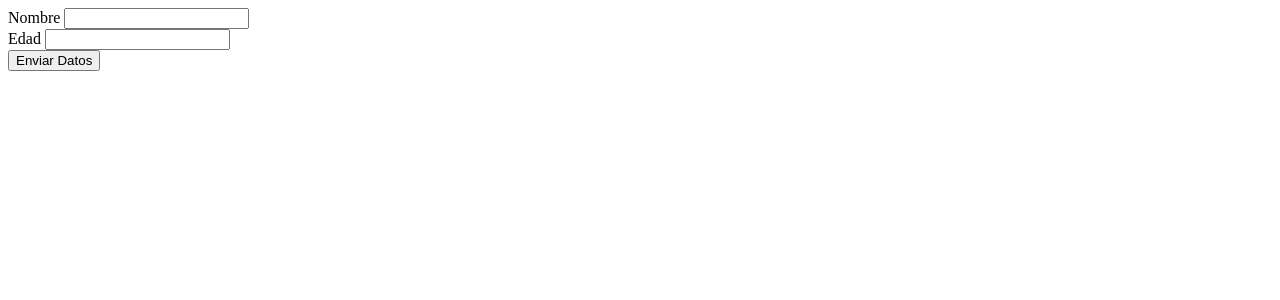
Repository: Kosiner0/ejerciciosServlets
Page: 01-PrimerEjemplo/src/main/webapp/Formulario01.html
An editor plug-in stored every save of this project. The page is shown before and after the next save, followed by the edit.
The browser window is 1280 px wide. The pictures show the whole page.

Above is the page before, as saved 2024-04-29 11:31:42.

After the next save:
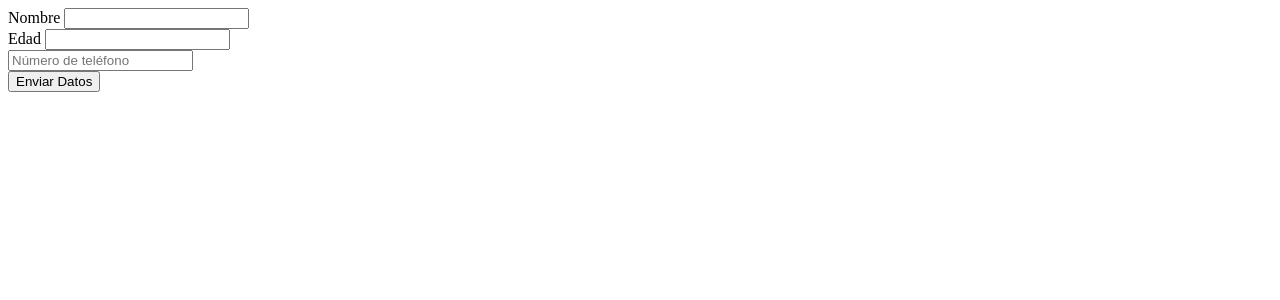
Saved 103 s later.
--- a/01-PrimerEjemplo/src/main/webapp/Formulario01.html
+++ b/01-PrimerEjemplo/src/main/webapp/Formulario01.html
@@ -8,6 +8,7 @@
 		<form action="ServletFormulario01" method="post">
 			Nombre <input type="text" name="nombre"><br>
 			Edad <input type="text" name="edad"><br>
+			<input type="tel" name="telefono" placeholder="Número de teléfono"><br>
 			<input type="submit" value="Enviar Datos"><br>
 		</form>
 	</body>
